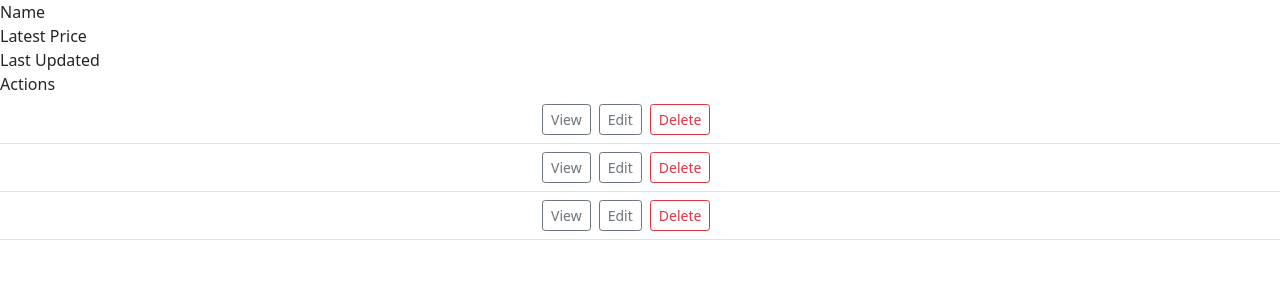
Repository: tHEO2k17/inventory-manager
Page: /
An editor plug-in stored every save of this project. The page is shown before and after a run of saves, followed by the edit.
The browser window is 1280 px wide. The pictures show the whole page.
The project was rebuilt for these pictures with package versions that can differ from the ones it lists, and the page was loaded fresh each time.

Above is the page before, as saved 2021-08-31 07:42:20.

After the next 2 saves:
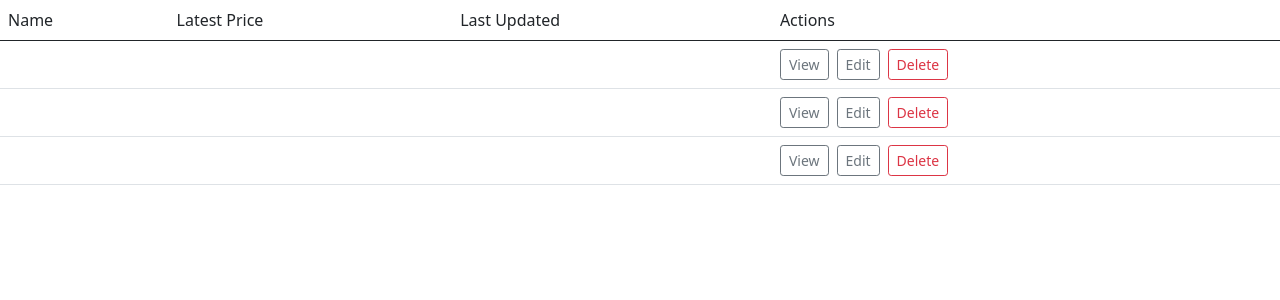
The 2 saves are shown as one change because they came seconds apart.
The last was saved 47 s later.
--- a/src/presentation/pages/ProductsPage.tsx
+++ b/src/presentation/pages/ProductsPage.tsx
@@ -13,10 +13,12 @@ export default class ProductsPage extends Component {
             <>
                 <Table>
                     <thead>
-                        <tr>Name</tr>
-                        <tr>Latest Price</tr>
-                        <tr>Last Updated</tr>
-                        <tr>Actions</tr>
+                        <tr>
+                            <td>Name</td>
+                            <td>Latest Price</td>
+                            <td>Last Updated</td>
+                            <td>Actions</td>
+                        </tr>
                     </thead>
                     <tbody>
                         {
